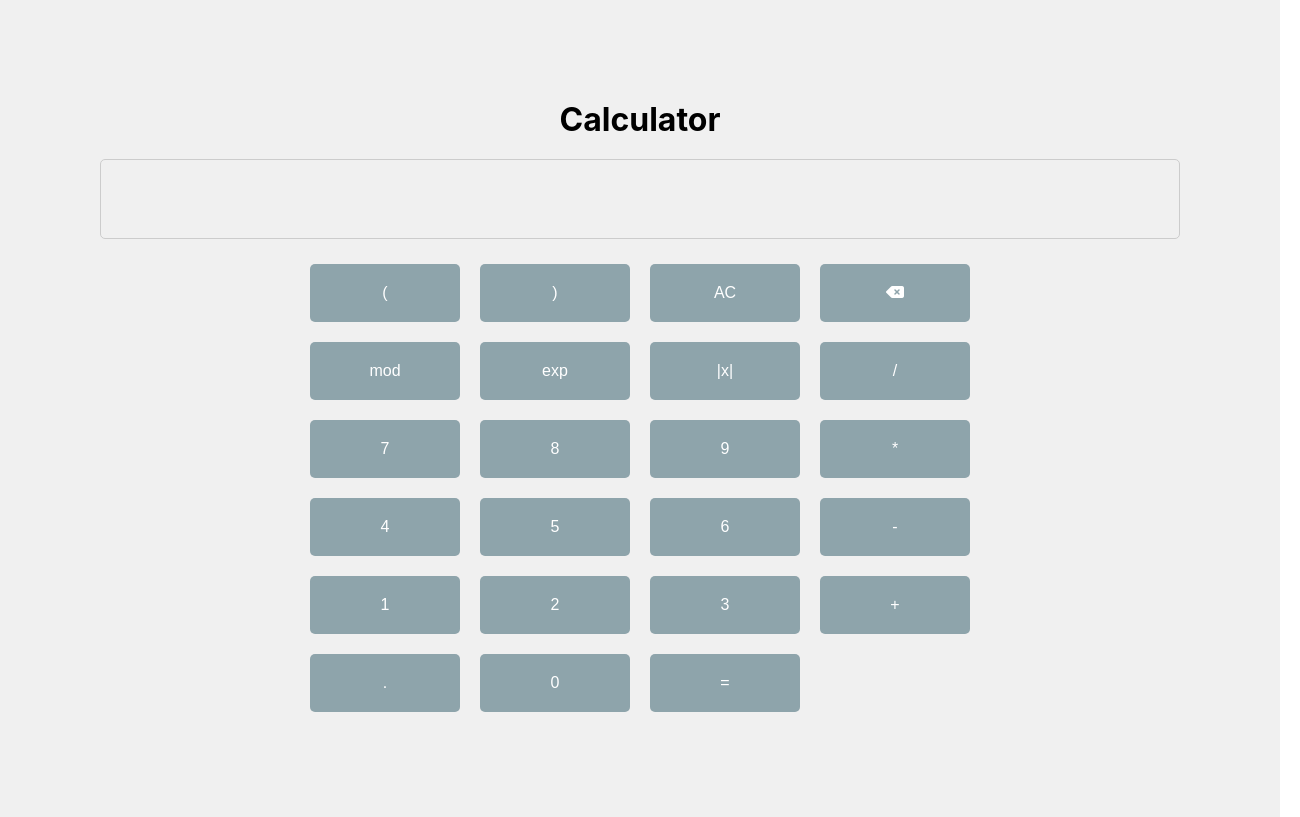
Repository: thesaherriaz/Calculator-React
Page: /
These files come from the project's save history. The page is drawn as it stood at one moment and after the next save; the edit follows.
The browser window is 1280 px wide. The page is 1280 px wide, then 1300 px, so the pictures cover 1300 px, including what lies to the right of the window. The pictures show the whole page.
The project was rebuilt for these pictures with package versions that can differ from the ones it lists, and the page was loaded fresh each time.

Above is the page before, as saved 2025-06-20 12:31:25.

After the next save:
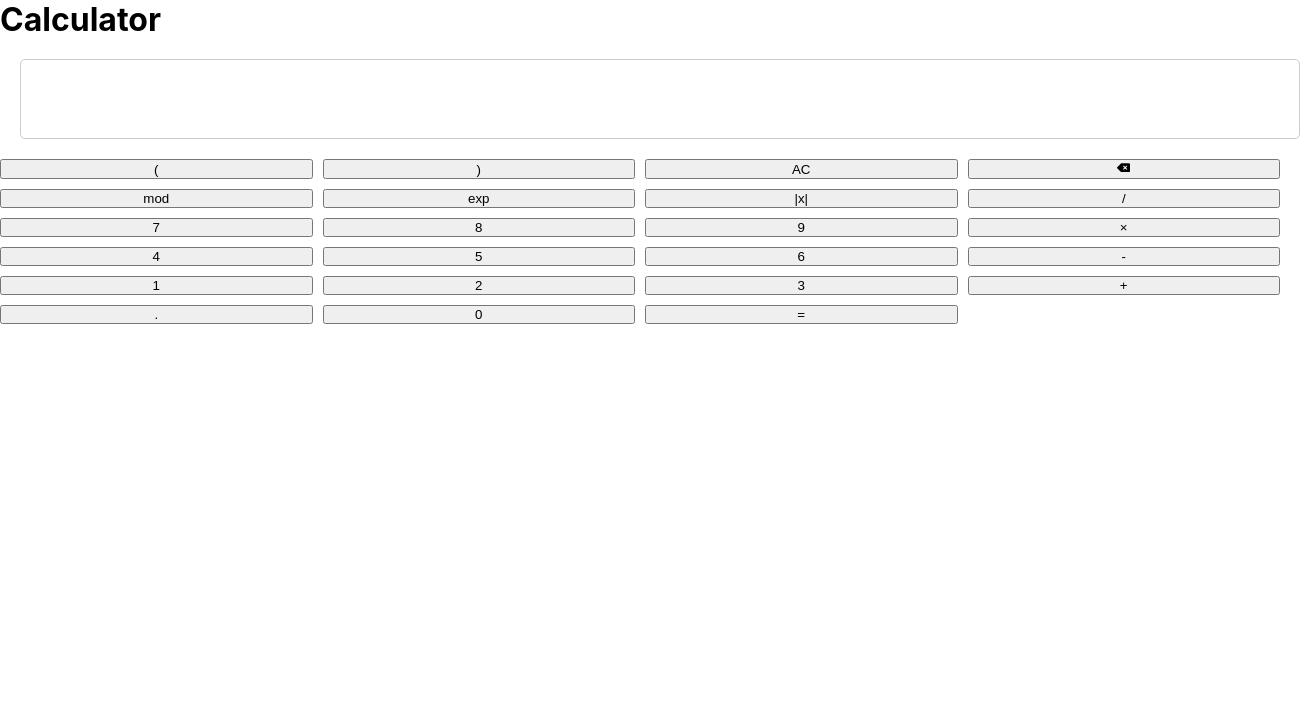
Saved 53 s later.
--- a/src/compnents/Calculator.jsx
+++ b/src/compnents/Calculator.jsx
@@ -1,64 +1,69 @@
-import React from 'react'
-import './Calculator.css'
-import { useState } from 'react'
+import React, { useState } from 'react';
+import './Calculator.css';
+import { FaDeleteLeft } from "react-icons/fa6";
 
 function Calculator() {
     const [input, setInput] = useState('');
     const [result, setResult] = useState('');
+
     const handleClick = (value) => {
-        return () => {
-            const input = document.getElementById('input');
-            if (value === 'AC') {
-                setInput('');
-            } else if (value === 'DEL') {
-                setInput(input.value.slice(0, -1));
-            } else if (value === '=') {
-                try {
-                    setResult(eval(input));
-                    setInput('');
-                } catch (error) {
-                    setInput('Error');
-                }
-            } else {
-                setInput(input + value);
+        if (value === 'AC') {
+            setInput('');
+            setResult('');
+        } else if (value === 'DEL') {
+            setInput(prev => prev.slice(0, -1));
+        } else if (value === '=') {
+            try {
+                // Note: Using eval is generally not recommended for production
+                // Consider using a math expression evaluator library instead
+                setResult(eval(input).toString());
+            } catch (error) {
+                setResult('Error');
             }
-        };
-    }
-  return (
-    <>
-        <div className="Calculator">
+        } else {
+            setInput(prev => prev + value);
+        }
+    };
+
+    return (
+        <div className="calculator">
             <h1>Calculator</h1>
-            <div className="input">{input}</div>
-            <div className="result">{result}</div>
+            <div className="display">
+                <div className="input">{input}</div>
+                <div className="result">{result}</div>
+            </div>
             <div className="buttons">
-                <button className='btn-cal'onClick={handleClick('(')}>(</button>
-                <button className='btn-cal'onClick={handleClick(')')}>)</button>
-                <button className='btn-cal'onClick={handleClick('AC')}>AC</button>
-                <button className='btn-cal'onClick={handleClick('DEL')}><i class="fa-solid fa-delete-left"></i></button>
-                <button className='btn-cal'onClick={handleClick('mod')}>mod</button>
-                <button className='btn-cal'onClick={handleClick('exp')}>exp</button>
-                <button className='btn-cal'onClick={handleClick('|x|')}>|x|</button>
-                <button className='btn-cal'onClick={handleClick('/')}>/</button>
-                <button className='btn-cal'onClick={handleClick('7')}>7</button>
-                <button className='btn-cal'onClick={handleClick('8')}>8</button>
-                <button className='btn-cal'onClick={handleClick('9')}>9</button>
-                <button className='btn-cal'onClick={handleClick('*')}>*</button>
-                <button className='btn-cal'onClick={handleClick('4')}>4</button>
-                <button className='btn-cal'onClick={handleClick('5')}>5</button>
-                <button className='btn-cal'onClick={handleClick('6')}>6</button>
-                <button className='btn-cal'onClick={handleClick('-')}>-</button>
-                <button className='btn-cal'onClick={handleClick('1')}>1</button>
-                <button className='btn-cal'onClick={handleClick('2')}>2</button>
-                <button className='btn-cal'onClick={handleClick('3')}>3</button>
-                <button className='btn-cal'onClick={handleClick('+')}>+</button>
-                <button className='btn-cal'onClick={handleClick('.')}>.</button>
-                <button className='btn-cal'onClick={handleClick('0')}>0</button>
-                <button className='btn-cal'onClick={handleClick('=')}>=</button>
-                {/* <button className='btn-cal'onClick={handleClick('=')}>=</button> */}
+                <button onClick={() => handleClick('(')}>(</button>
+                <button onClick={() => handleClick(')')}>)</button>
+                <button className="clear" onClick={() => handleClick('AC')}>AC</button>
+                <button className="delete" onClick={() => handleClick('DEL')}><FaDeleteLeft /></button>
+
+                <button onClick={() => handleClick('mod')}>mod</button>
+                <button onClick={() => handleClick('exp')}>exp</button>
+                <button onClick={() => handleClick('Math.abs()')}>|x|</button>
+                <button className="operator" onClick={() => handleClick('/')}>/</button>
+
+                <button onClick={() => handleClick('7')}>7</button>
+                <button onClick={() => handleClick('8')}>8</button>
+                <button onClick={() => handleClick('9')}>9</button>
+                <button className="operator" onClick={() => handleClick('*')}>×</button>
+
+                <button onClick={() => handleClick('4')}>4</button>
+                <button onClick={() => handleClick('5')}>5</button>
+                <button onClick={() => handleClick('6')}>6</button>
+                <button className="operator" onClick={() => handleClick('-')}>-</button>
+
+                <button onClick={() => handleClick('1')}>1</button>
+                <button onClick={() => handleClick('2')}>2</button>
+                <button onClick={() => handleClick('3')}>3</button>
+                <button className="operator" onClick={() => handleClick('+')}>+</button>
+
+                <button onClick={() => handleClick('.')}>.</button>
+                <button onClick={() => handleClick('0')}>0</button>
+                <button className="equals" onClick={() => handleClick('=')}>=</button>
             </div>
         </div>
-    </>
-  )
+    );
 }
 
-export default Calculator
+export default Calculator;
